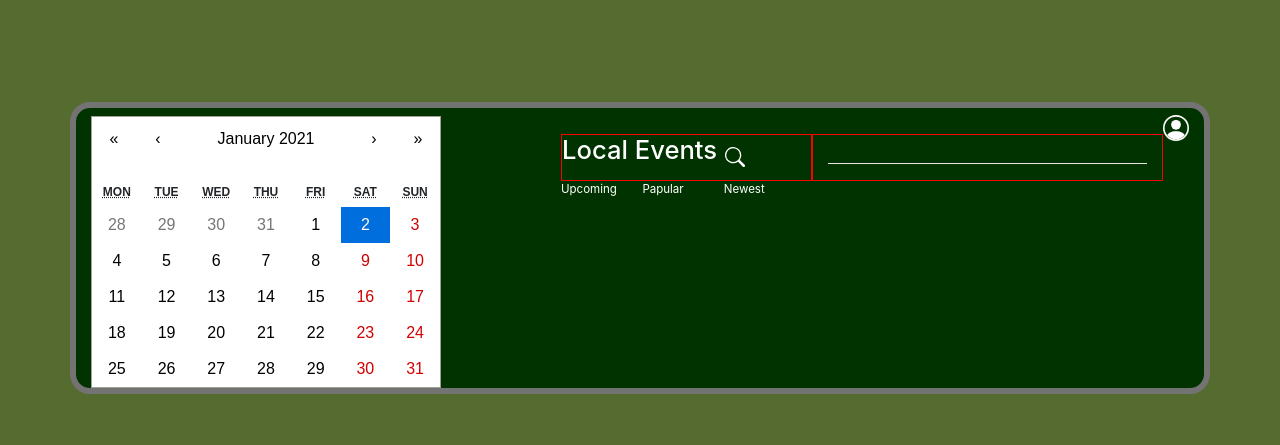
Repository: lalji-yadav/Calendar-code
Page: /
These files come from the project's save history. The page is drawn as it stood at one moment and after the next save; the edit follows.
The browser window is 1280 px wide. The pictures show the whole page.
The project was rebuilt for these pictures with package versions that can differ from the ones it lists, and the page was loaded fresh each time. Also part of the build but not shown: src/App.css.

Above is the page before, as saved 2021-01-03 15:31:12.

### src/App.js
import logo from './logo.svg';
import './App.css';
import MyApp from './calendar/calendar'
import Home from "./calendar/Home";

function App() {
  return (
    <div>
      <header>

        <Home />

      </header>
    </div>
  );
}

export default App;

### src/calendar/calendar.js
import React, { useState } from 'react';
import 'react-calendar/dist/Calendar.css';
import Calendar from 'react-calendar';

function MyApp() {
  const [value, onChange] = useState(new Date());

  return (
    <div>
      <Calendar
        onChange={onChange}
        value={value}
      />
    </div>
  );
}

export default MyApp;

### src/calendar/Home.js
import React from 'react';
import "./Home.css";
import MyApp from "./calendar";

function Home() {

  return (
    <div className="main">
      <div className='container'>
        <div className="row">
          <div className="col-sm-5 calendar">
             <MyApp />
          </div>
          <div className="col-sm-7">

            <div style={{float:"right", paddingTop:"1%"}}>
            <svg xmlns="http://www.w3.org/2000/svg" width="26" height="26" fill="white" class="bi bi-person-circle" viewBox="0 0 16 16">
            <path d="M13.468 12.37C12.758 11.226 11.195 10 8 10s-4.757 1.225-5.468 2.37A6.987 6.987 0 0 0 8 15a6.987 6.987 0 0 0 5.468-2.63z"/>
             <path fill-rule="evenodd" d="M8 9a3 3 0 1 0 0-6 3 3 0 0 0 0 6z"/>
             <path fill-rule="evenodd" d="M8 1a7 7 0 1 0 0 14A7 7 0 0 0 8 1zM0 8a8 8 0 1 1 16 0A8 8 0 0 1 0 8z"/>
            </svg>
            </div>

            <div className="row" style={{paddingTop:"4%"}}>
               <div className="col-sm-5" style={{border:"1px solid red"}}>
                 <div className="row">
                 <h1 style={{color:"white", fontSize:"2vw"}}>Local Events </h1>
               <svg  style={{margin:"5% 0% 0% 3%"}} xmlns="http://www.w3.org/2000/svg" width="20" height="20" fill="white" class="bi bi-search" viewBox="0 0 16 16">
               <path d="M11.742 10.344a6.5 6.5 0 1 0-1.397 1.398h-.001c.03.04.062.078.098.115l3.85 3.85a1 1 0 0 0 1.415-1.414l-3.85-3.85a1.007 1.007 0 0 0-.115-.1zM12 6.5a5.5 5.5 0 1 1-11 0 5.5 5.5 0 0 1 11 0z"/>
               </svg>
                 </div>
               </div>
               <div className="col-sm-7" style={{border:"1px solid red", paddingTop:"3%"}}>
               <hr style={{marginTop:"10px"}} />

               </div>

            </div>

            <div className="row">
          <div className="col-sm-5 row" style={{color:"white", fontSize:"0.9vw"}}>
            <div className="col-sm-4">
             <p>Upcoming</p>
            </div>
            <div className="col-sm-4">
              <p>Papular</p>
            </div>
            <div className="col-sm-4">
              <p>Newest</p>
            </div>

             {/* Carosal design  */}

          </div>

        </div>

          </div>

        </div>

      </div>

    </div>
  );
}
export default Home;

### src/calendar/Home.css
.main {
    width: 100%;
    height: 100%;
    position: absolute;
    /* padding: 10% 5% 10% 5%; */
    background-color: darkolivegreen;
}
.container {
    width: 80%;
    /* height: 70%; */
    margin: 8% 10% 8% 10%;
    background-color: #003300;
    border: 6px solid #737373;
    border-radius: 20px;
}
.calendar {
    /* border: 2px solid red; */
    margin-top: 8px;
}
hr {
    color: white;
    width: 100%;
    margin-top: 5em;
    background-color: white;
}
.tablebox {
    margin: 0% 0% 0% 3%;
    padding: 3%;
    width: 91%;
    border-radius: 15px;
    color: black;
    background-color: white;
}

Loaded but not shown: public/index.html (common file); src/index.js (common file); src/index.css (common file); src/reportWebVitals.js (common file)

After the next save:
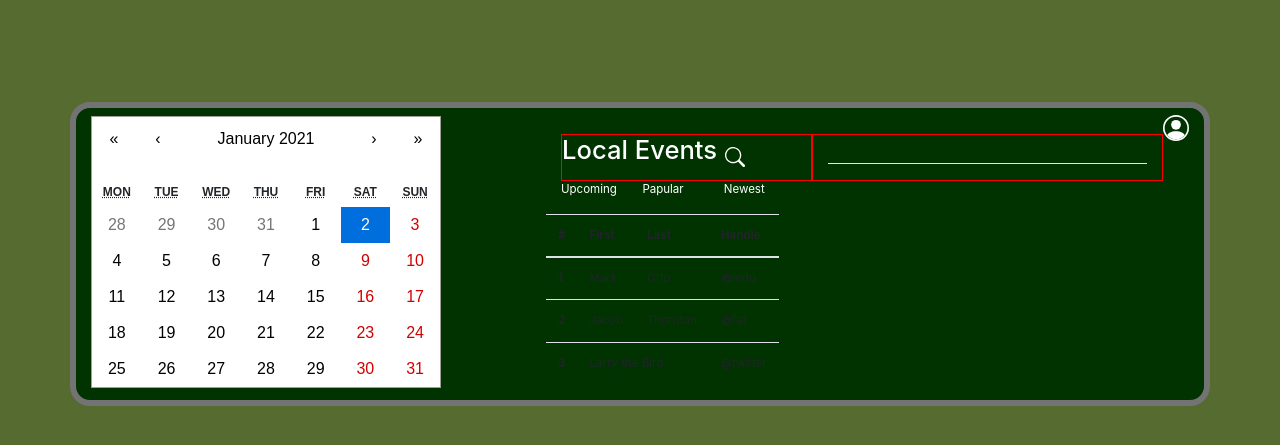
Saved 9 min 41 s later.
--- a/src/calendar/Home.js
+++ b/src/calendar/Home.js
@@ -51,6 +51,38 @@ function Home() {
 
              {/* Carosal design  */}
 
+             <div className="">
+                <table class="table">
+                    <thead>
+                      <tr>
+                        <th scope="col">#</th>
+                        <th scope="col">First</th>
+                        <th scope="col">Last</th>
+                        <th scope="col">Handle</th>
+                      </tr>
+                    </thead>
+                    <tbody>
+                      <tr>
+                        <th scope="row">1</th>
+                        <td>Mark</td>
+                        <td>Otto</td>
+                        <td>@mdo</td>
+                      </tr>
+                      <tr>
+                        <th scope="row">2</th>
+                        <td>Jacob</td>
+                        <td>Thornton</td>
+                        <td>@fat</td>
+                      </tr>
+                      <tr>
+                        <th scope="row">3</th>
+                        <td colspan="2">Larry the Bird</td>
+                        <td>@twitter</td>
+                      </tr>
+                    </tbody>
+                  </table>
+             </div>
+
           </div>
 
         </div>
